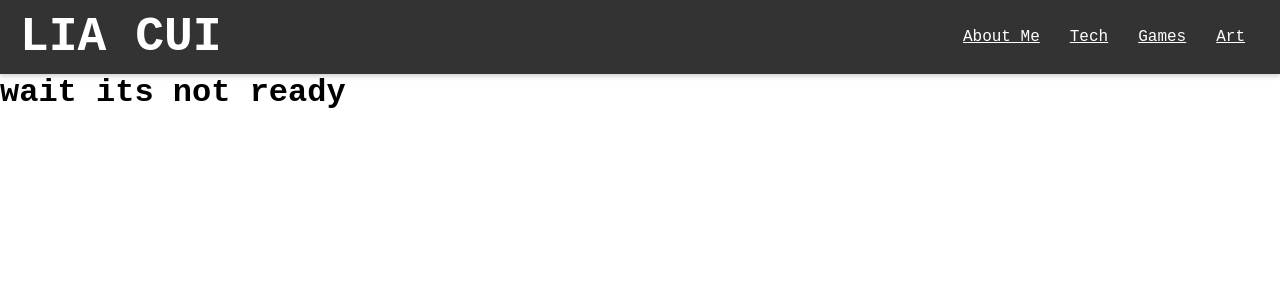
Repository: ljcui1/Lia-Cui-Portfolio
Page: index.html
These files come from the project's save history. The page is drawn as it stood at one moment and after the next save; the edit follows.
The browser window is 1280 px wide. The pictures show the whole page.

Above is the page before, as saved 2026-01-15 11:36:59.

After the next save:
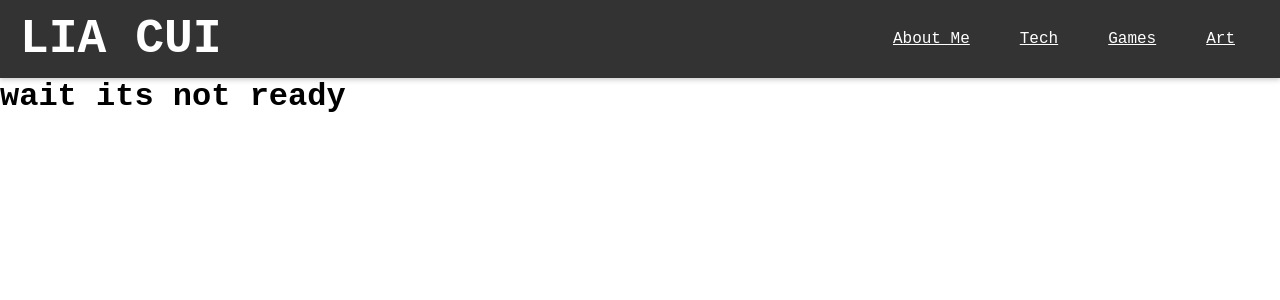
Saved 27 s later.
--- a/style.css
+++ b/style.css
@@ -46,7 +46,7 @@
 nav ul li a { /*specifically styling the unordered list item links in the navbar*/
     color: white;
     font-size: 1em;
-    padding: 10px 15px;
+    padding: 20px 25px;
     display: block; /*makes entire padding area clickable to corresponding link*/
     transition: background-color 0.3s;
 }
